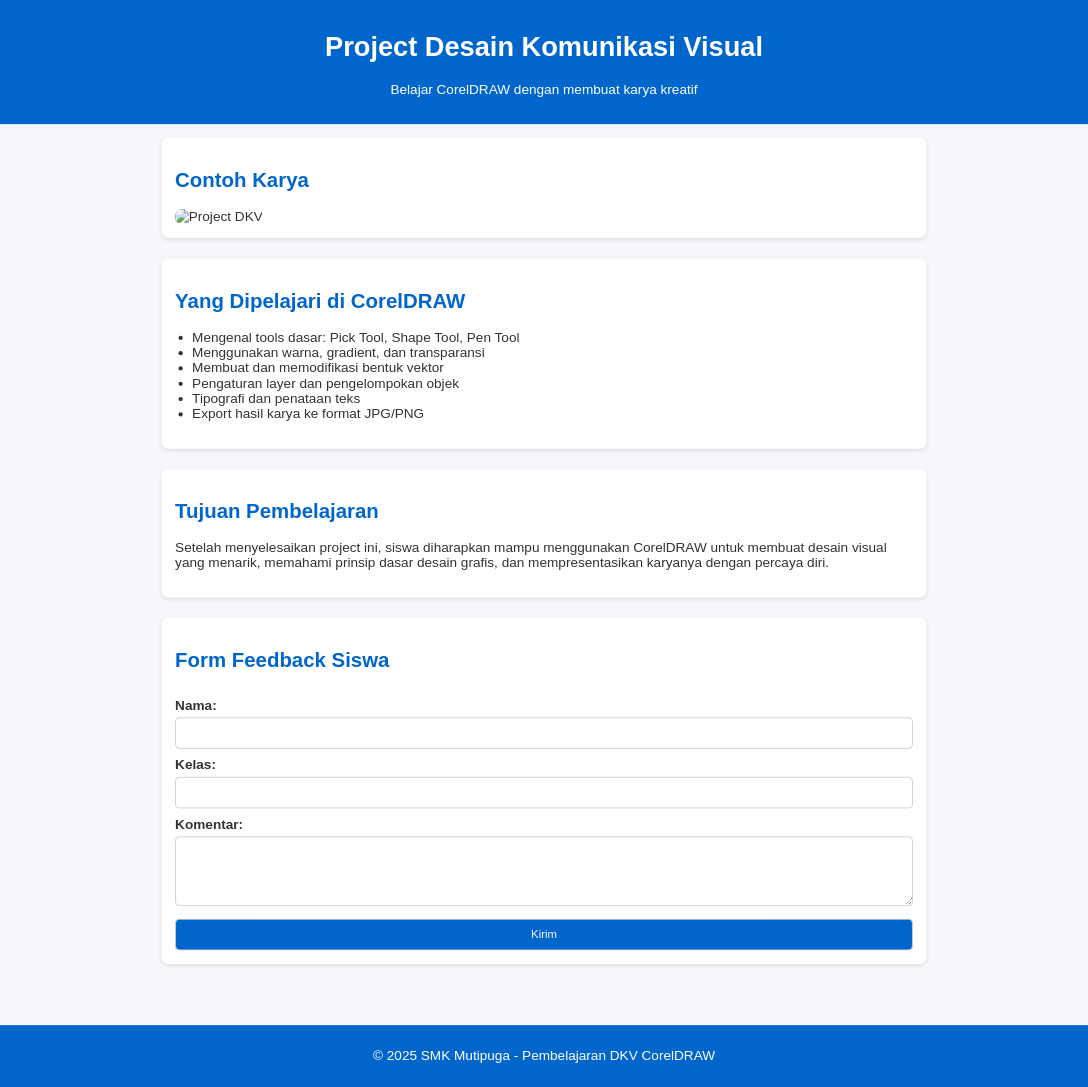
Repository: ppdbsmkmutipuga/galeriprojectdkvsmkmutipuga
Page: index.html
An editor plug-in stored every save of this project. The page is shown before and after the next save, followed by the edit.
The browser window is 1280 px wide. The pictures show the whole page, at 85% of full size.

Above is the page before, as saved 2025-08-14 01:44:36.
Not found: gambar-dkv.jpg

After the next save:
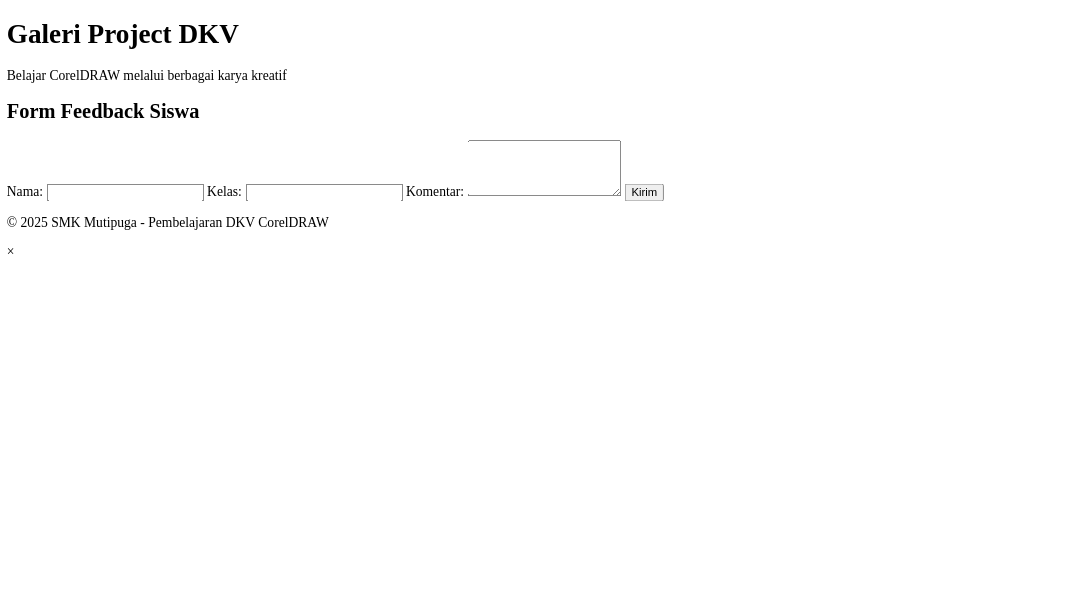
Not found: style.css
Saved 101 s later.
--- a/index.html
+++ b/index.html
@@ -4,48 +4,22 @@
 <head>
     <meta charset="UTF-8">
     <meta name="viewport" content="width=device-width, initial-scale=1.0">
-    <title>Project DKV CorelDRAW</title>
-    <link rel="stylesheet" href="styles.css">
+    <title>Galeri Project DKV CorelDRAW</title>
+    <link rel="stylesheet" href="style.css">
 </head>
 
 <body>
 
     <header>
-        <h1>Project Desain Komunikasi Visual</h1>
-        <p>Belajar CorelDRAW dengan membuat karya kreatif</p>
+        <h1>Galeri Project DKV</h1>
+        <p>Belajar CorelDRAW melalui berbagai karya kreatif</p>
     </header>
 
     <main>
-        <!-- Gambar Project -->
-        <section class="project-section">
-            <h2>Contoh Karya</h2>
-            <img src="gambar-dkv.jpg" alt="Project DKV" class="project-image">
+        <section class="grid-container" id="projectGrid">
+            <!-- Card project akan dimasukkan lewat JavaScript -->
         </section>
 
-        <!-- Yang Dipelajari -->
-        <section class="learn-section">
-            <h2>Yang Dipelajari di CorelDRAW</h2>
-            <ul>
-                <li>Mengenal tools dasar: Pick Tool, Shape Tool, Pen Tool</li>
-                <li>Menggunakan warna, gradient, dan transparansi</li>
-                <li>Membuat dan memodifikasi bentuk vektor</li>
-                <li>Pengaturan layer dan pengelompokan objek</li>
-                <li>Tipografi dan penataan teks</li>
-                <li>Export hasil karya ke format JPG/PNG</li>
-            </ul>
-        </section>
-
-        <!-- Tujuan Pembelajaran -->
-        <section class="goal-section">
-            <h2>Tujuan Pembelajaran</h2>
-            <p>
-                Setelah menyelesaikan project ini, siswa diharapkan mampu menggunakan CorelDRAW
-                untuk membuat desain visual yang menarik, memahami prinsip dasar desain grafis,
-                dan mempresentasikan karyanya dengan percaya diri.
-            </p>
-        </section>
-
-        <!-- Form -->
         <section class="form-section">
             <h2>Form Feedback Siswa</h2>
             <form id="feedbackForm">
@@ -67,6 +41,17 @@
         <p>&copy; 2025 SMK Mutipuga - Pembelajaran DKV CorelDRAW</p>
     </footer>
 
+    <!-- Modal -->
+    <div id="modal" class="modal">
+        <div class="modal-content">
+            <span class="close-btn">&times;</span>
+            <img id="modalImage" src="" alt="">
+            <h3 id="modalTitle"></h3>
+            <ul id="modalBelajar"></ul>
+            <p id="modalTujuan"></p>
+        </div>
+    </div>
+
     <script src="script.js"></script>
 </body>
 
